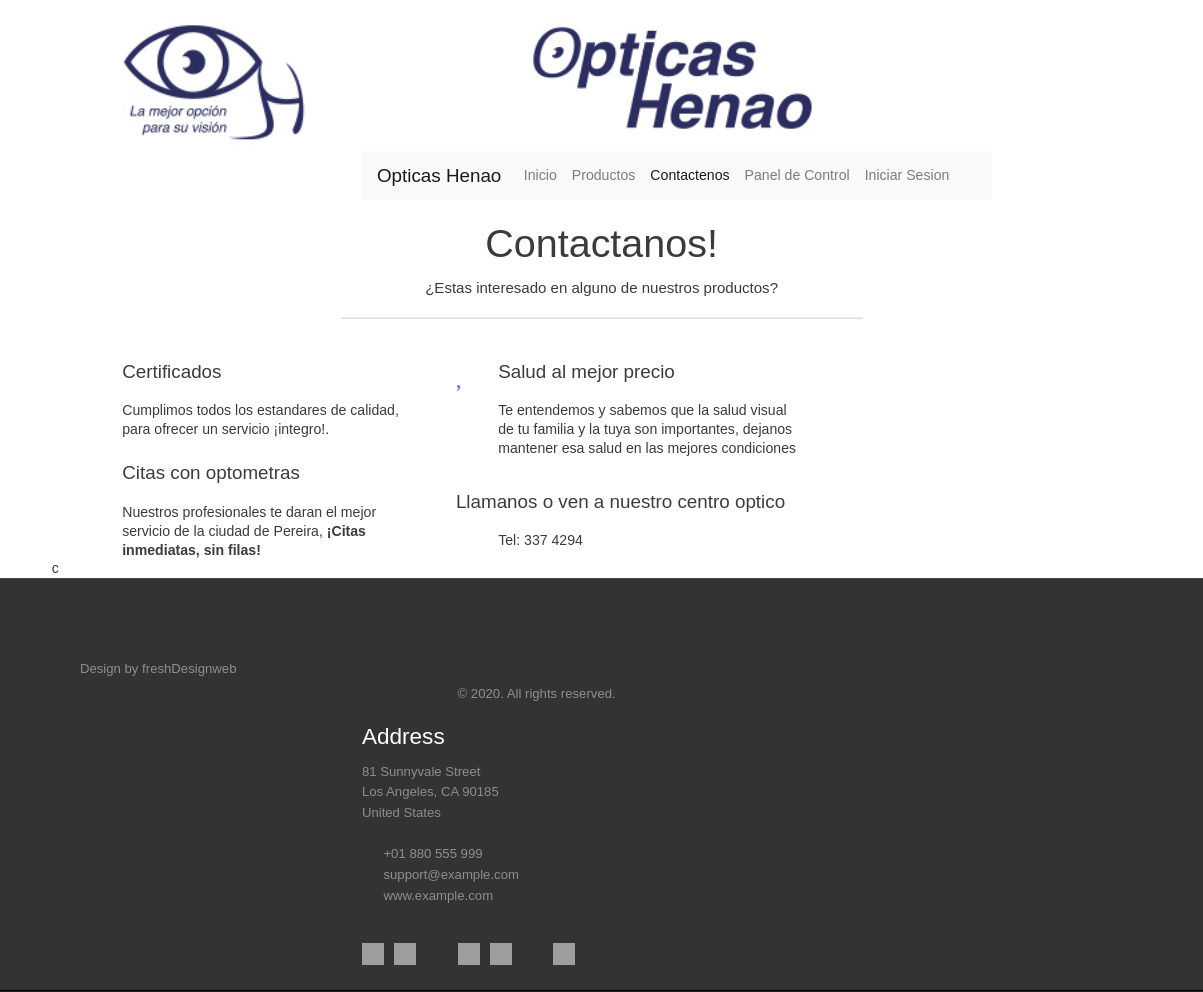
Repository: camilo1505/optometra
Page: contactanos.html
The author's editor kept a copy of each file at every save. The page is drawn from the files as they stood at one save, then again after the next save.
The browser window is 1280 px wide. The pictures show the whole page, at 94% of full size.
Pictures or frames that could not be fetched are drawn as grey boxes. Some web fonts or font styles are not loaded; a fallback is used.

Above is the page before, as saved 2019-04-14 21:56:10.
Console error (its wording comes from the project's code and is left out).

After the next save:
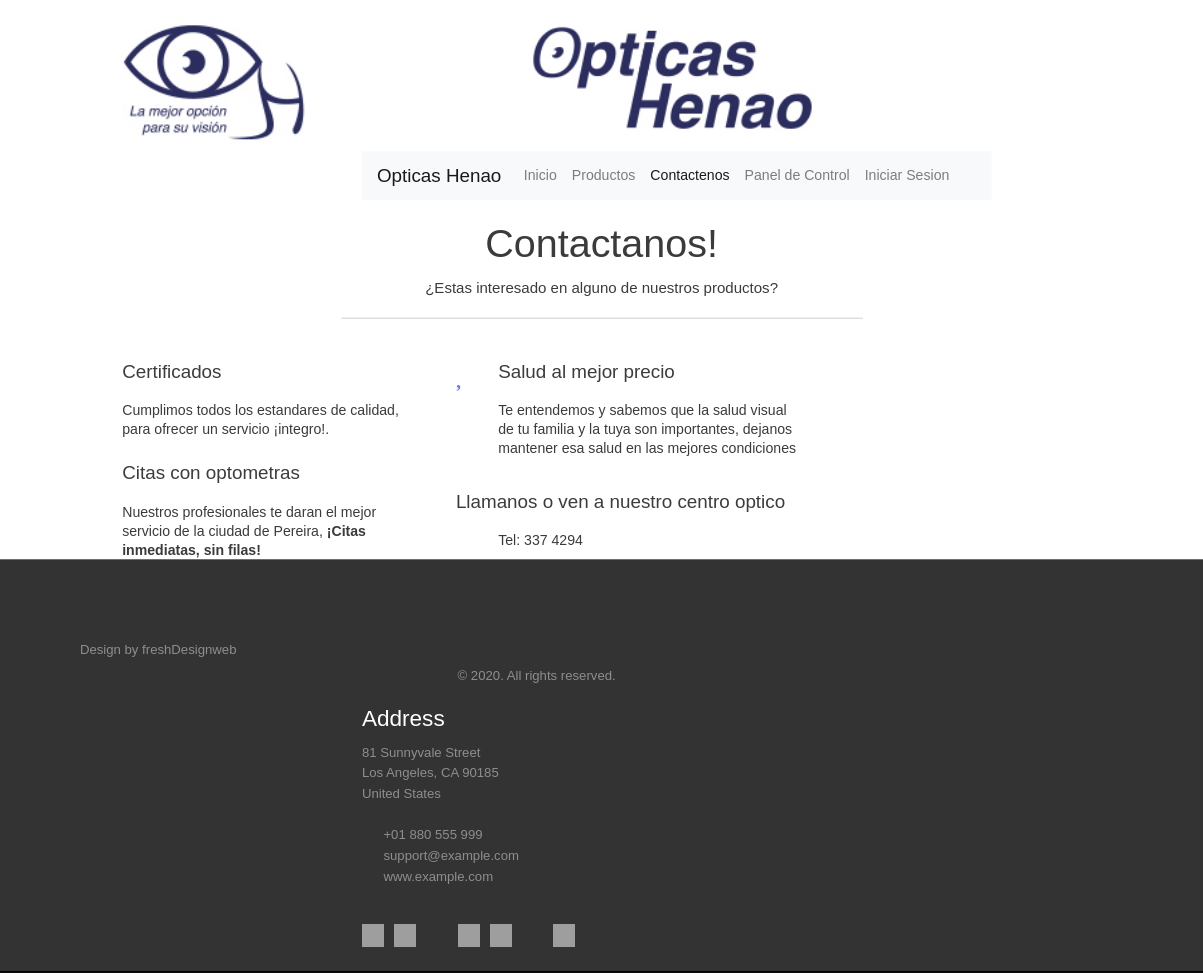
Saved 7 s later.
--- a/contactanos.html
+++ b/contactanos.html
@@ -114,7 +114,6 @@
             </div>
           </div>
         </div>
-        c
       </div>
     </div>
   </div>
